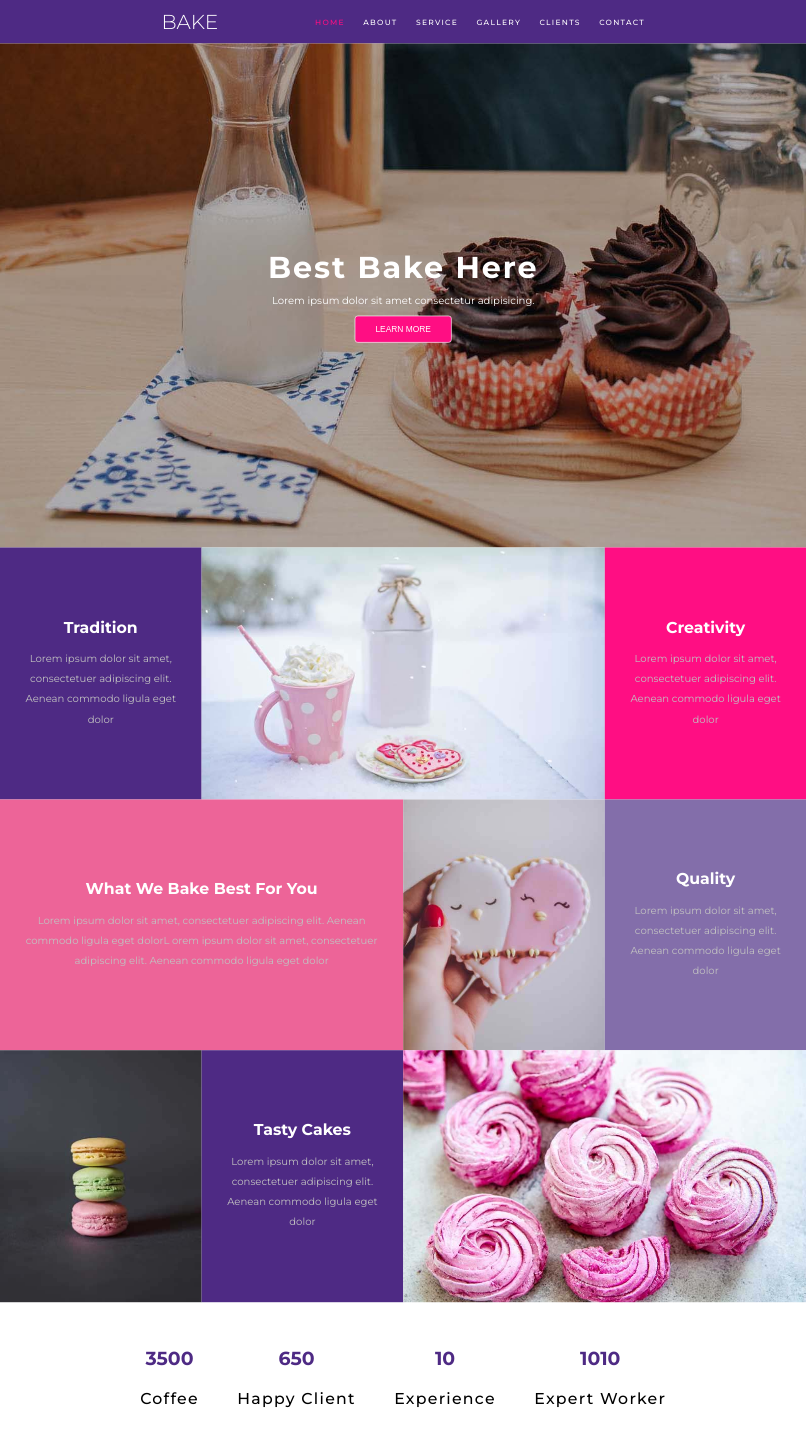
Repository: giahuy405/Bake
Page: index.html
The author's editor kept a copy of each file at every save. The page is drawn from the files as they stood at one save, then again after the next save.
The browser window is 1280 px wide. The pictures show the whole page, at 63% of full size.

Above is the page before, as saved 2022-09-13 15:27:37.

After the next save:
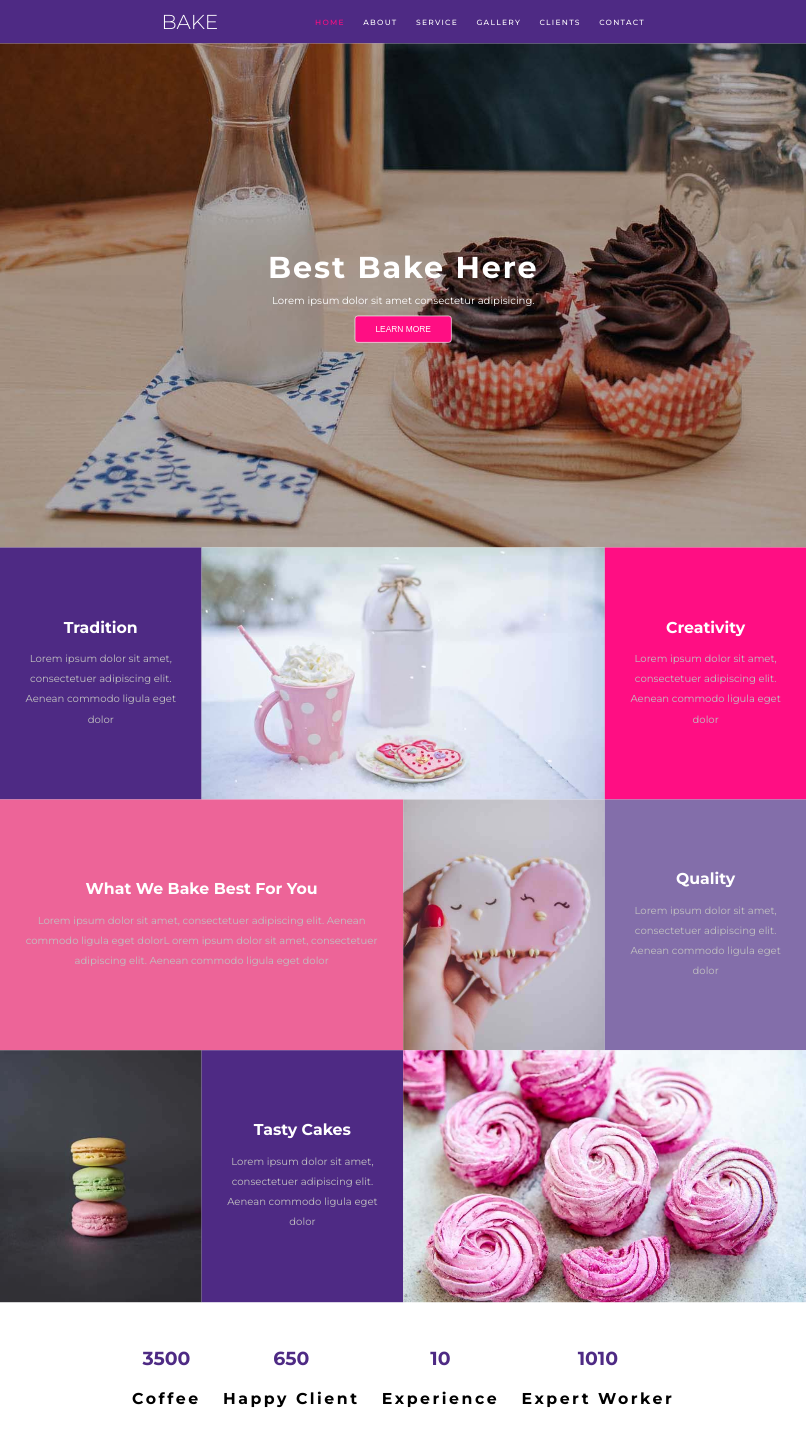
Saved 5 s later.
--- a/css/index.css
+++ b/css/index.css
@@ -135,6 +135,6 @@
 .number__item p{
     font-size: 25px;
     margin-top: 30px;
-    font-weight: 500;
-    letter-spacing: 2px;
+    font-weight: 700;
+    letter-spacing: 4px;
 }
